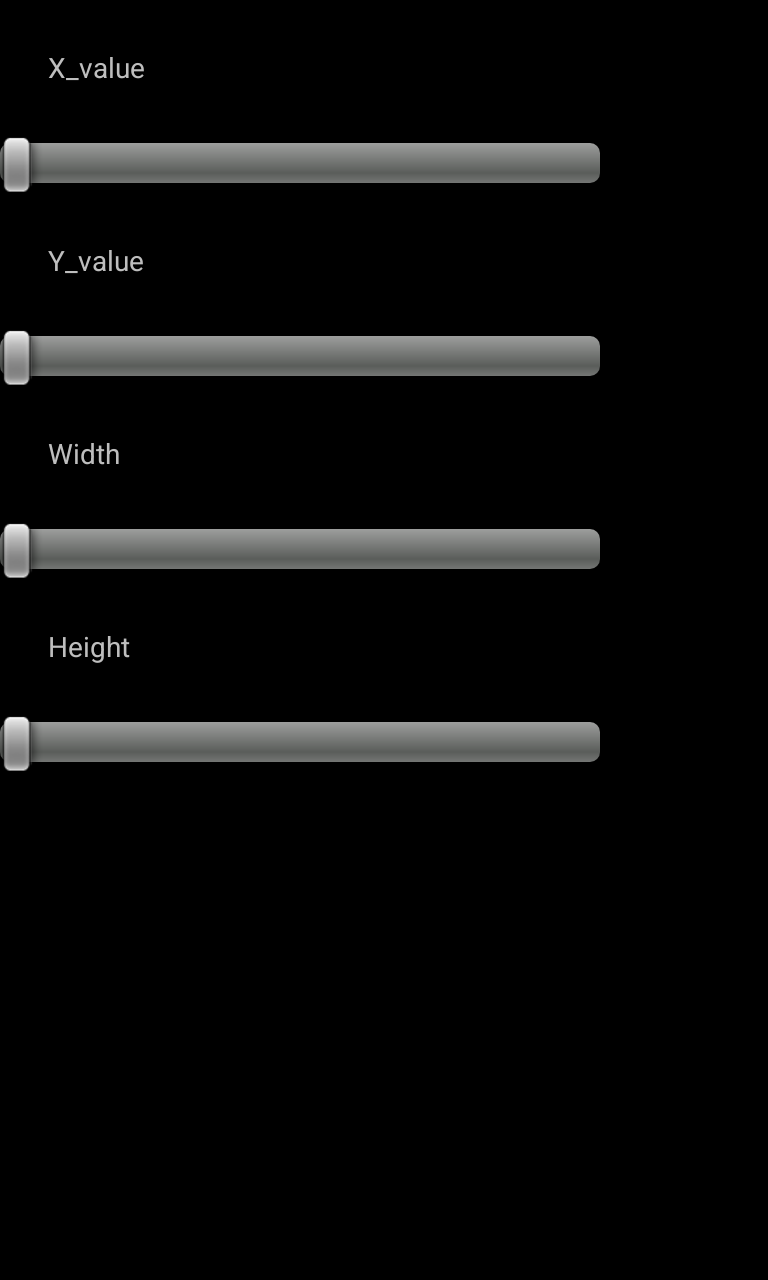
Repository: hzhang15/AndroidForm
Layout: workspace/demo_form_field/res/layout/test.xml
The author's editor kept a copy of each file at every save. The layout is drawn from the files as they stood at one save, then again after the next save.
It is drawn on a 768 x 1280 px phone screen (xhdpi) without system bars, with theme android:Theme; the app's code is not run.

Above is the layout before, as saved 2014-09-21 05:31:26.

### workspace/demo_form_field/res/layout/test.xml
<?xml version="1.0" encoding="utf-8"?>
<LinearLayout xmlns:android="http://schemas.android.com/apk/res/android"
    android:layout_width="fill_parent"
    android:layout_height="fill_parent"
    android:orientation="vertical"
    >
    <LinearLayout
        android:layout_width="wrap_content"
        android:layout_height="wrap_content"
        android:orientation="horizontal"
        >
    	<TextView
    	    android:layout_width="wrap_content"
            android:layout_height="wrap_content"
    	    android:padding="24dp"
    	    android:text="@string/x_value" />
        <TextView
            android:id="@+id/textview1"
            android:layout_width="wrap_content"
            android:layout_height="wrap_content" />

    </LinearLayout>

    	<SeekBar
        android:id="@+id/seekBar1"
        android:layout_width="300dp"
        android:layout_height="wrap_content"
        android:max="100"/>

   <LinearLayout
        android:layout_width="wrap_content"
        android:layout_height="wrap_content"
        android:orientation="horizontal"
        >
    	<TextView
    	    android:layout_width="wrap_content"
            android:layout_height="wrap_content"
    	    android:padding="24dp"
    	    android:text="@string/y_value" />
        <TextView
            android:id="@+id/textview2"
            android:layout_width="wrap_content"
            android:layout_height="wrap_content" />

    </LinearLayout>

    	<SeekBar
        android:id="@+id/seekBar2"
        android:layout_width="300dp"
        android:layout_height="wrap_content"
        android:max="200"/>

    <LinearLayout
        android:layout_width="wrap_content"
        android:layout_height="wrap_content"
        android:orientation="horizontal"
        >
    	<TextView
    	    android:layout_width="wrap_content"
            android:layout_height="wrap_content"
    	    android:padding="24dp"
    	    android:text="@string/width" />
        <TextView
            android:id="@+id/textview3"
            android:layout_width="wrap_content"
            android:layout_height="wrap_content" />

    </LinearLayout>

    	<SeekBar
        android:id="@+id/seekBar3"
        android:layout_width="300dp"
        android:layout_height="wrap_content"
        android:max="100"/>

    <LinearLayout
        android:layout_width="wrap_content"
        android:layout_height="wrap_content"
        android:orientation="horizontal"
        >
    	<TextView
    	    android:layout_width="wrap_content"
            android:layout_height="wrap_content"
    	    android:padding="24dp"
    	    android:text="@string/height" />
        <TextView
            android:id="@+id/textview4"
            android:layout_width="wrap_content"
            android:layout_height="wrap_content" />

    </LinearLayout>

    	<SeekBar
        android:id="@+id/seekBar4"
        android:layout_width="300dp"
        android:layout_height="wrap_content"
        android:max="100"/>


</LinearLayout>

### workspace/demo_form_field/res/values/strings.xml
<?xml version="1.0" encoding="utf-8"?>
<resources>

    <string name="hello">Hello World, mainActivity!</string>
    <string name="test_name">Test_Page</string>
    <string name="app_name">Demo_form_field</string>
	<string name="hint">Please enter the text!</string>
	<string name="x_value">X_value</string>
	<string name="y_value">Y_value</string>
	<string name="width">Width</string>
	<string name="height">Height</string>


</resources>

After the next save:
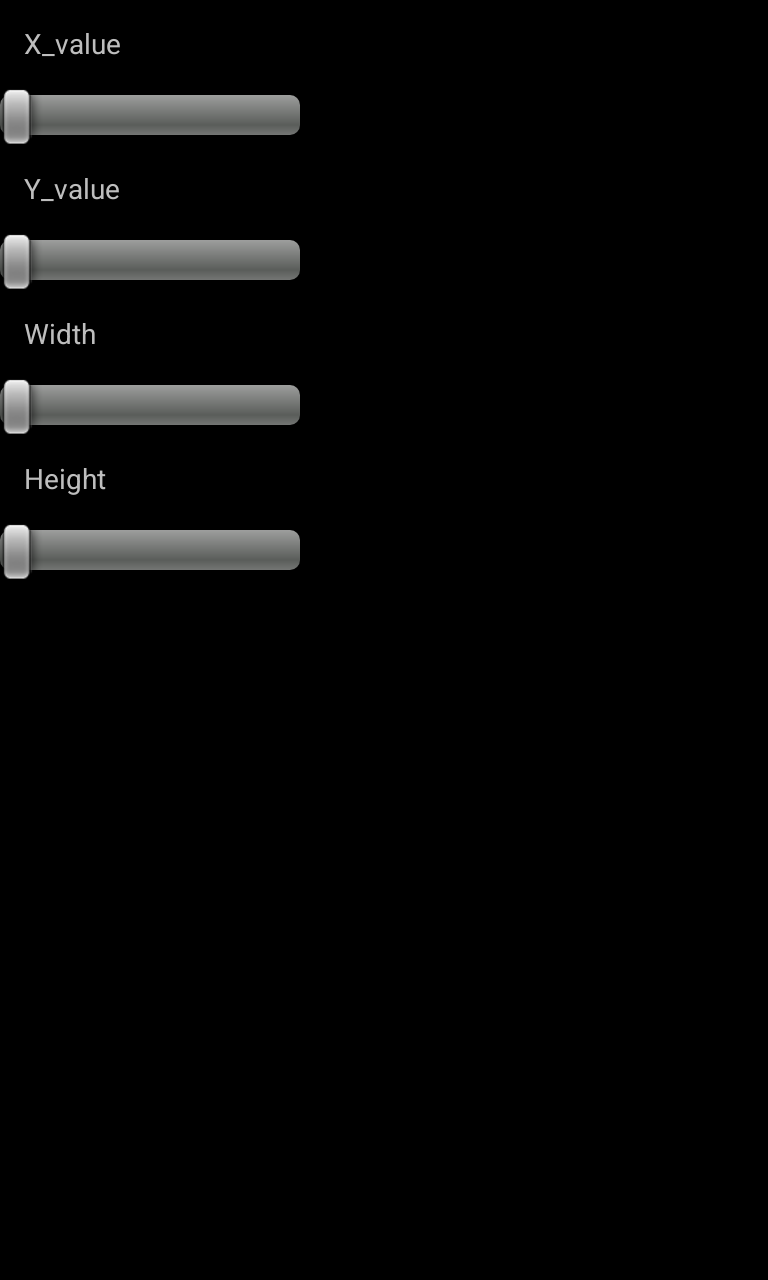
Saved 2 min 16 s later.
--- a/workspace/demo_form_field/res/layout/test.xml
+++ b/workspace/demo_form_field/res/layout/test.xml
@@ -12,7 +12,7 @@
     	<TextView
     	    android:layout_width="wrap_content"
             android:layout_height="wrap_content"
-    	    android:padding="24dp"
+    	    android:padding="12dp"
     	    android:text="@string/x_value" />
         <TextView
             android:id="@+id/textview1"
@@ -23,7 +23,7 @@
 
     	<SeekBar
         android:id="@+id/seekBar1"
-        android:layout_width="300dp"
+        android:layout_width="150dp"
         android:layout_height="wrap_content"
         android:max="100"/>
 
@@ -35,7 +35,7 @@
     	<TextView
     	    android:layout_width="wrap_content"
             android:layout_height="wrap_content"
-    	    android:padding="24dp"
+    	    android:padding="12dp"
     	    android:text="@string/y_value" />
         <TextView
             android:id="@+id/textview2"
@@ -46,7 +46,7 @@
 
     	<SeekBar
         android:id="@+id/seekBar2"
-        android:layout_width="300dp"
+        android:layout_width="150dp"
         android:layout_height="wrap_content"
         android:max="200"/>
 
@@ -58,7 +58,7 @@
     	<TextView
     	    android:layout_width="wrap_content"
             android:layout_height="wrap_content"
-    	    android:padding="24dp"
+    	    android:padding="12dp"
     	    android:text="@string/width" />
         <TextView
             android:id="@+id/textview3"
@@ -69,9 +69,9 @@
 
     	<SeekBar
         android:id="@+id/seekBar3"
-        android:layout_width="300dp"
+        android:layout_width="150dp"
         android:layout_height="wrap_content"
-        android:max="100"/>
+        android:max="150"/>
 
     <LinearLayout
         android:layout_width="wrap_content"
@@ -81,7 +81,7 @@
     	<TextView
     	    android:layout_width="wrap_content"
             android:layout_height="wrap_content"
-    	    android:padding="24dp"
+    	    android:padding="12dp"
     	    android:text="@string/height" />
         <TextView
             android:id="@+id/textview4"
@@ -92,9 +92,9 @@
 
     	<SeekBar
         android:id="@+id/seekBar4"
-        android:layout_width="300dp"
+        android:layout_width="150dp"
         android:layout_height="wrap_content"
-        android:max="100"/>
+        android:max="175"/>
 
 
 </LinearLayout>
